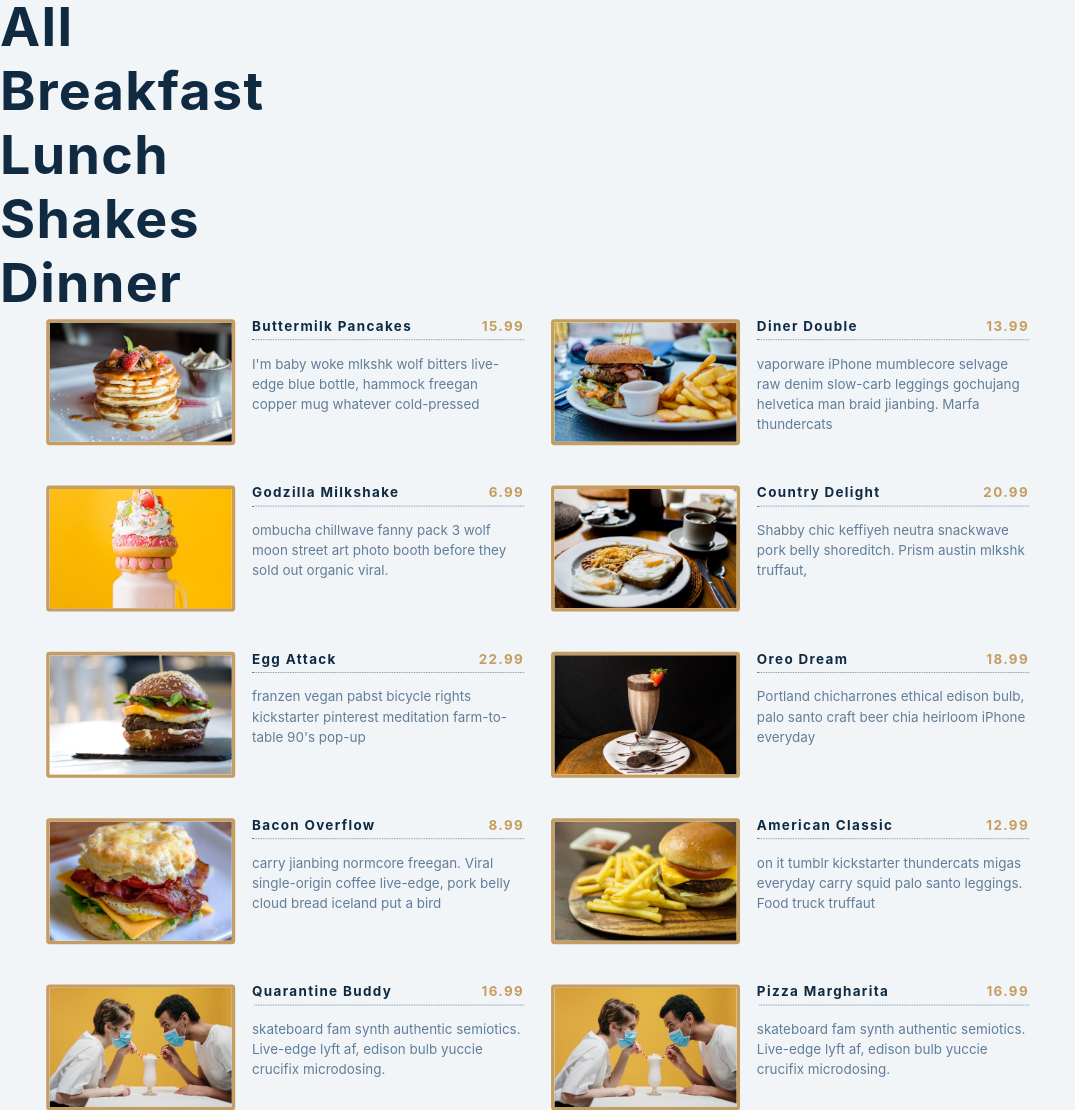
Repository: gligor99/menu-ts-react
Page: /
An editor plug-in stored every save of this project. The page is shown before and after the next save, followed by the edit.
The browser window is 1280 px wide. The pictures show the whole page, at 84% of full size.
The project was rebuilt for these pictures with package versions that can differ from the ones it lists, and the page was loaded fresh each time.

Above is the page before, as saved 2021-11-24 23:34:41.

### src/App.tsx
import { useState } from "react";
import Categories from "./components/Categories";
import Menu from "./components/Menu";
import items from "./data";

const uniques = Array.from(new Set(items.map((item) => item.category))) ;
const allCategories = ['all', ...uniques]


export type ItemsProps = {
  id: number;
  title: string;
  category: string;
  price: number;
  img: string;
  desc: string;
};

function App() {
  const [menuItems, setMenuItems] = useState<ItemsProps[]>(items);
  const [categories, setCategories] = useState(allCategories)
  console.log(categories);

  return (
    <div className="App">
      <Categories categories={categories} />
      <Menu items={menuItems} />
    </div>
  );
}

export default App;

### src/components/Categories.tsx
type Props = {
  categories: string[];
};

const Categories: React.FC<Props> = ({ categories }) => {
  return (
    <div>
      {categories.map((item, index) => {
          return <h1 key={index}>{item}</h1>
      })}
    </div>
  );
};

export default Categories;

### src/components/Menu.tsx
import { ItemsProps } from "../App";
import '../index.css'

type Props = {
  items: ItemsProps[];
};

const Menu: React.FC<Props> = ({ items }) => {
  console.log(items);

  return (
    <div className="section-center">
      {items.map((item) => {
        return (
          <article className="menu-item" key={item.id}>
            <img src={item.img} alt={item.title} className="photo" />
            <div className="item-info">
                <header>
                    <h4 className="title">{item.title}</h4>
                    <h4 className="price">{item.price}</h4>
                </header>
                <p className="item-text">{item.desc}</p>
            </div>
          </article>
        );
      })}
    </div>
  );
};

export default Menu;

### src/data.ts
const menu = [
    {
      id: 1,
      title: 'buttermilk pancakes',
      category: 'breakfast',
      price: 15.99,
      img: './images/item-1.jpeg',
      desc: `I'm baby woke mlkshk wolf bitters live-edge blue bottle, hammock freegan copper mug whatever cold-pressed `,
    },
    {
      id: 2,
      title: 'diner double',
      category: 'lunch',
      price: 13.99,
      img: './images/item-2.jpeg',
      desc: `vaporware iPhone mumblecore selvage raw denim slow-carb leggings gochujang helvetica man braid jianbing. Marfa thundercats `,
    },
    {
      id: 3,
      title: 'godzilla milkshake',
      category: 'shakes',
      price: 6.99,
      img: './images/item-3.jpeg',
      desc: `ombucha chillwave fanny pack 3 wolf moon street art photo booth before they sold out organic viral.`,
    },
    {
      id: 4,
      title: 'country delight',
      category: 'breakfast',
      price: 20.99,
      img: './images/item-4.jpeg',
      desc: `Shabby chic keffiyeh neutra snackwave pork belly shoreditch. Prism austin mlkshk truffaut, `,
    },
    {
      id: 5,
      title: 'egg attack',
      category: 'lunch',
      price: 22.99,
      img: './images/item-5.jpeg',
      desc: `franzen vegan pabst bicycle rights kickstarter pinterest meditation farm-to-table 90's pop-up `,
    },
    {
      id: 6,
      title: 'oreo dream',
      category: 'shakes',
      price: 18.99,
      img: './images/item-6.jpeg',
      desc: `Portland chicharrones ethical edison bulb, palo santo craft beer chia heirloom iPhone everyday`,
    },
    {
      id: 7,
      title: 'bacon overflow',
      category: 'breakfast',
      price: 8.99,
      img: './images/item-7.jpeg',
      desc: `carry jianbing normcore freegan. Viral single-origin coffee live-edge, pork belly cloud bread iceland put a bird `,
    },
    {
      id: 8,
      title: 'american classic',
      category: 'lunch',
      price: 12.99,
      img: './images/item-8.jpeg',
      desc: `on it tumblr kickstarter thundercats migas everyday carry squid palo santo leggings. Food truck truffaut  `,
    },
    {
      id: 9,
      title: 'quarantine buddy',
      category: 'shakes',
      price: 16.99,
      img: './images/item-9.jpeg',
      desc: `skateboard fam synth authentic semiotics. Live-edge lyft af, edison bulb yuccie crucifix microdosing.`,
    },
    {
      id: 10,
      title: 'pizza margharita',
      category: 'dinner',
      price: 16.99,
      img: './images/item-9.jpeg',
      desc: `skateboard fam synth authentic semiotics. Live-edge lyft af, edison bulb yuccie crucifix microdosing.`,
    },


  ];
  export default menu;

Loaded but not shown: public/index.html (common file); src/index.tsx (common file); src/index.css (common file)

After the next save:
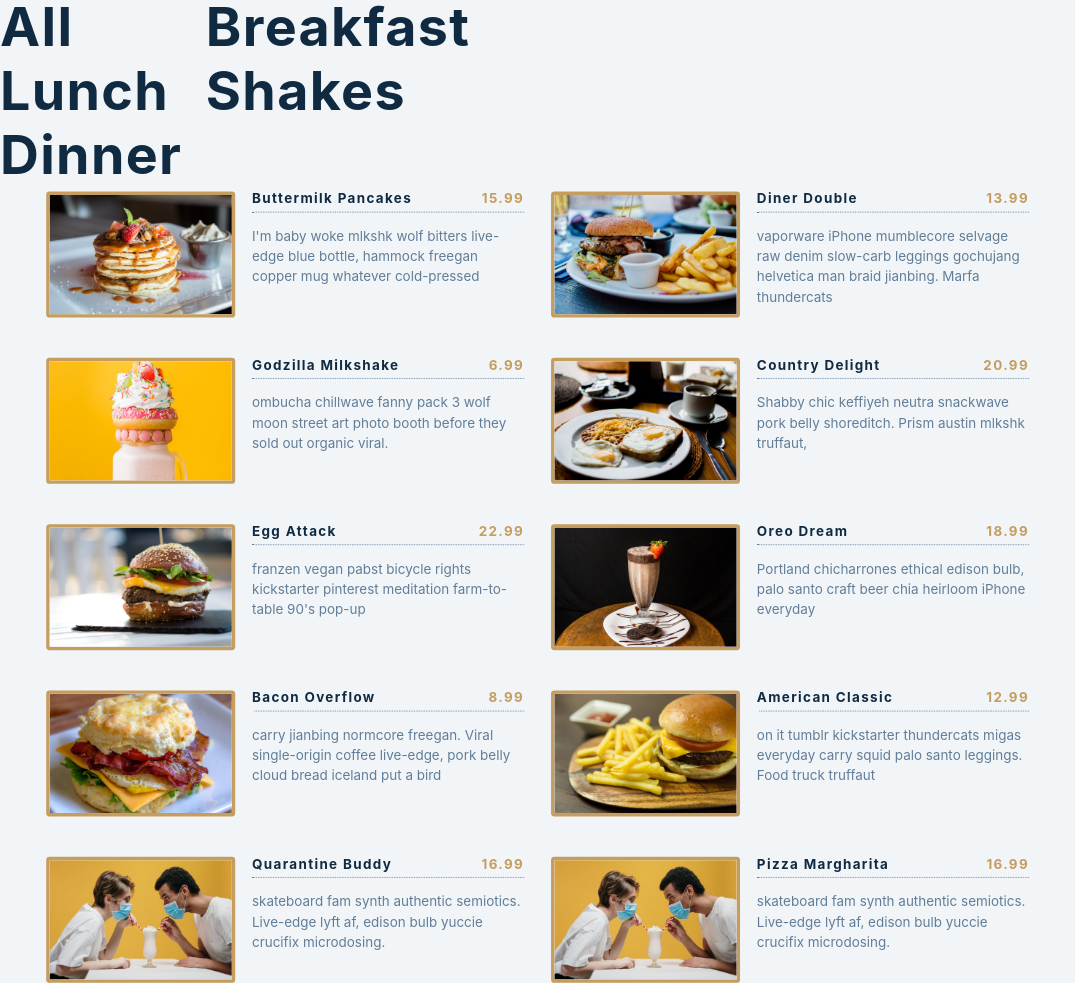
Saved 3 min 58 s later.
--- a/src/components/Categories.tsx
+++ b/src/components/Categories.tsx
@@ -4,7 +4,7 @@ type Props = {
 
 const Categories: React.FC<Props> = ({ categories }) => {
   return (
-    <div>
+    <div className="menu-item">
       {categories.map((item, index) => {
           return <h1 key={index}>{item}</h1>
       })}
